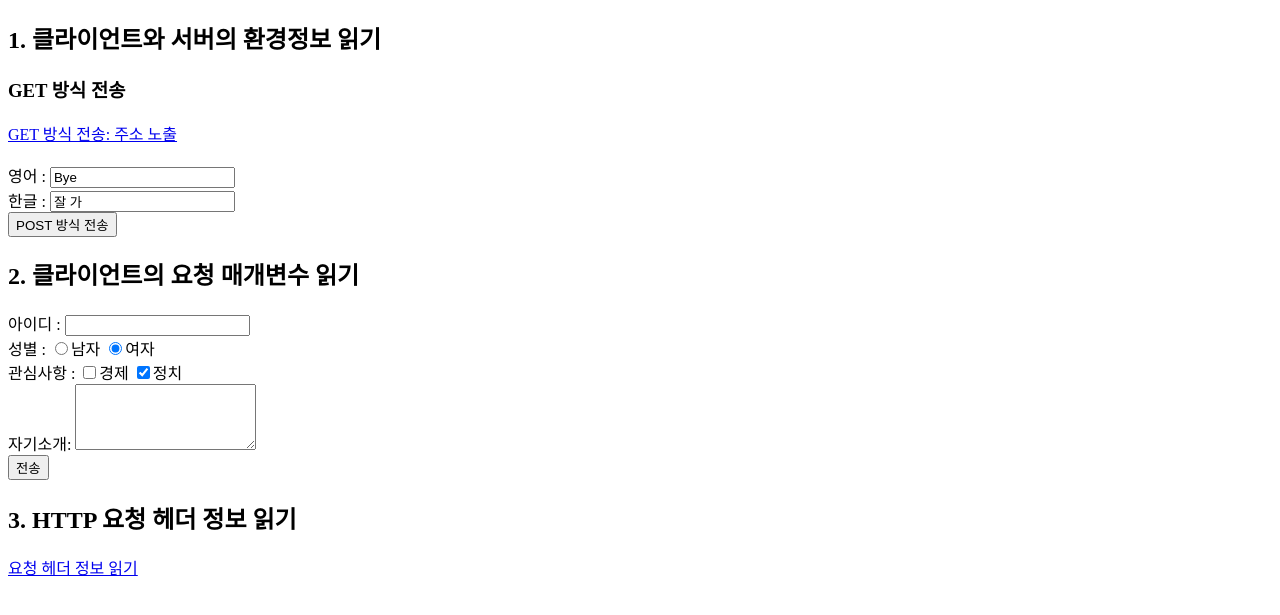
Repository: Jadedvst/JSP-Servlet
Page: http://localhost/MustHaveJSP/02ImplicitObject/RequestMain.jsp
These files come from the project's save history. The page is drawn as it stood at one moment and after the next save; the edit follows.
The browser window is 1280 px wide. The pictures show the whole page.
The page is served by Tomcat 9.

Above is the page before, as saved 2023-12-11 02:55:50.

After the next save:
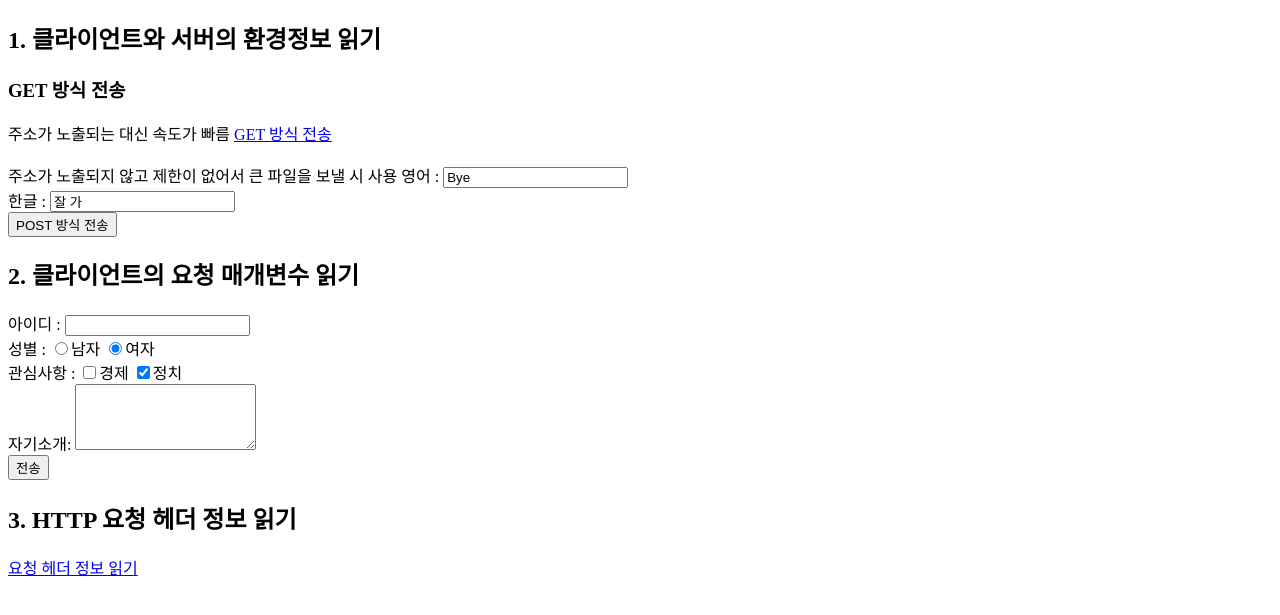
Saved 4 min 53 s later.
--- a/MustHaveJSP/src/main/webapp/02ImplicitObject/RequestMain.jsp
+++ b/MustHaveJSP/src/main/webapp/02ImplicitObject/RequestMain.jsp
@@ -9,13 +9,15 @@
 <body>
 	<h2>1. 클라이언트와 서버의 환경정보 읽기</h2>
 	<h3>GET 방식 전송</h3>
+	주소가 노출되는 대신 속도가 빠름
 	<a href="./RequestWebInfo.jsp?eng=Hello&han=안녕">
-		GET 방식 전송: 주소 노출
+		GET 방식 전송
 	</a>
 	<br />
 	<br />
 	<!-- form: 서버에서 브라우저에 보내는 정보 -->
 	<form action="./RequestWebInfo.jsp" method="post">
+		주소가 노출되지 않고 제한이 없어서 큰 파일을 보낼 시 사용
 		영어 : <input type="text" name="eng" value="Bye" /><br/>
 		한글 : <input type="text" name="han" value="잘 가" /><br/>
 		<input type="submit" value="POST 방식 전송" />
